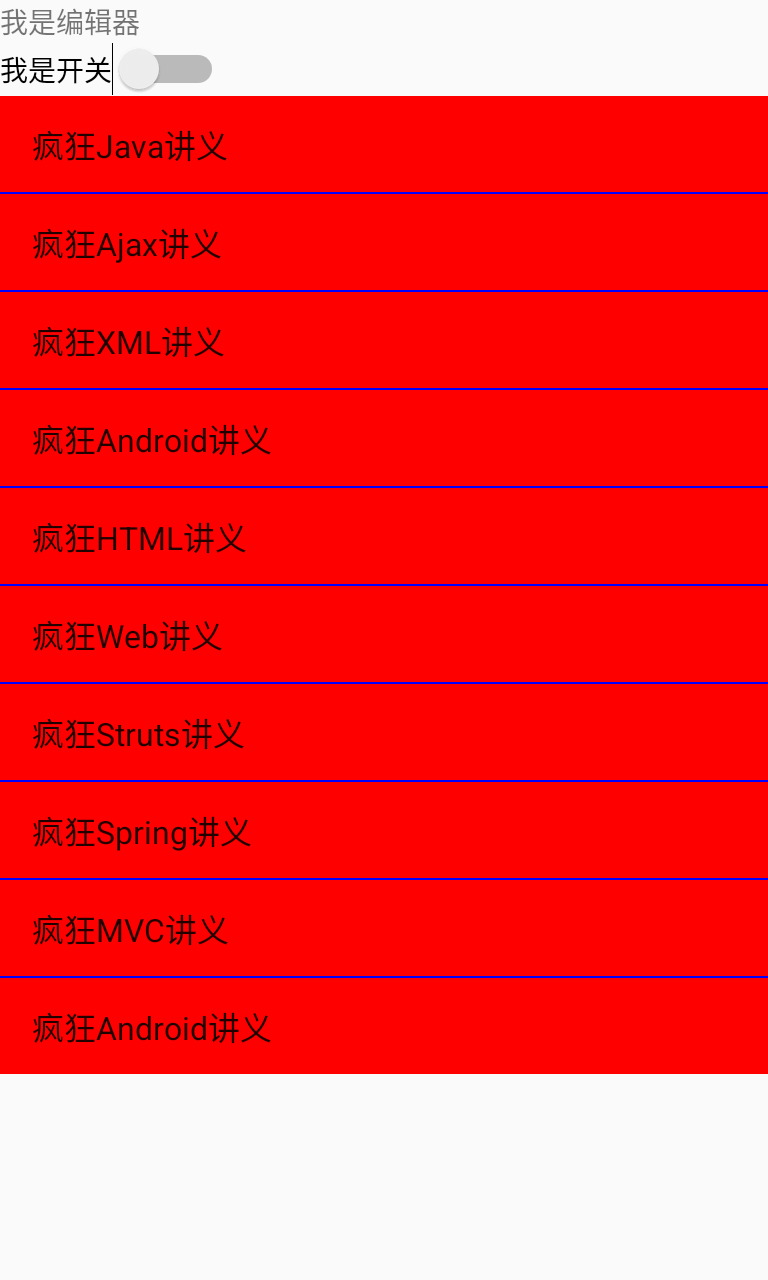
Repository: BingoBinBingo/androidWorkPlace
Layout: firstAndroid/res/layout/activity_main.xml
These files come from the project's save history. The layout is drawn as it stood at one moment and after a run of saves; the edit follows.
It is drawn on a 768 x 1280 px phone screen (xhdpi) without system bars, with theme AppTheme; the app's code is not run. Lists and similar views that code fills are empty.

Above is the layout before, as saved 2015-08-26 10:56:24.

After the next 2 saves:
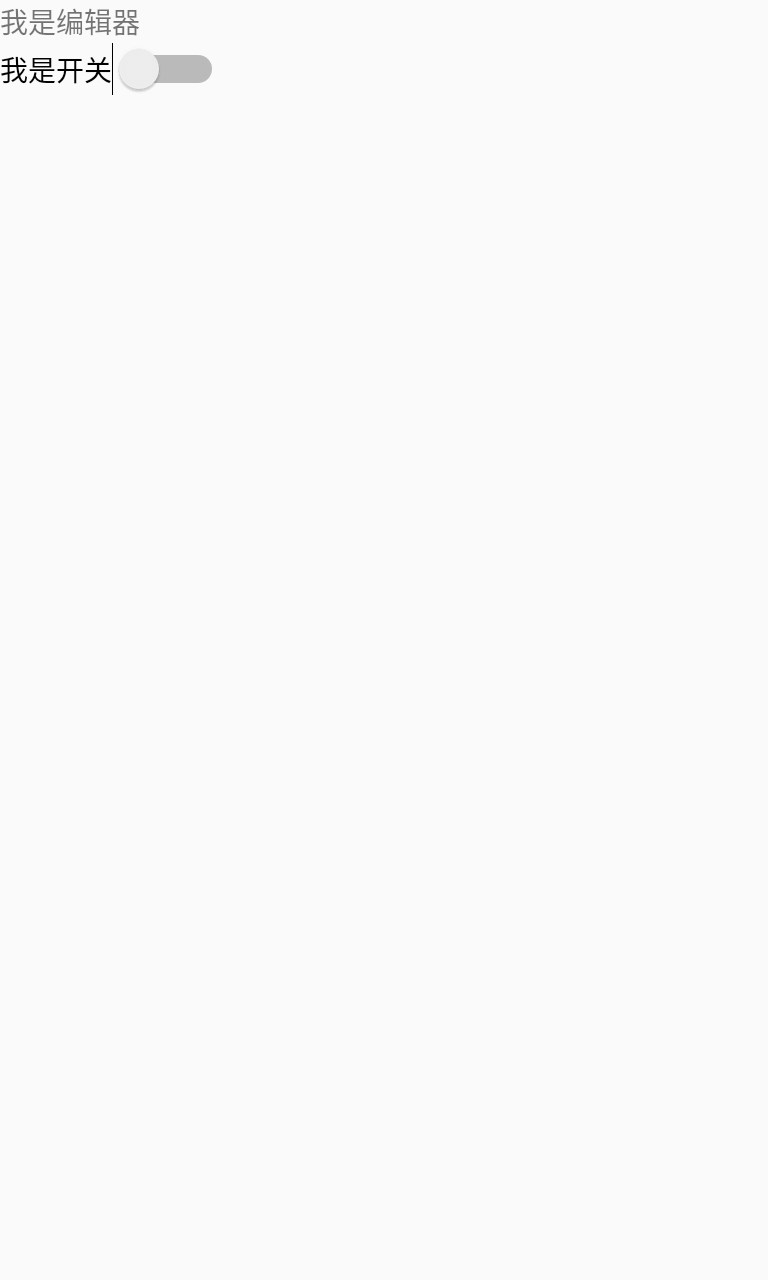
The 2 saves are shown as one change because 1 did not build or start.
The last was saved 67 s later.
--- a/firstAndroid/res/layout/activity_main.xml
+++ b/firstAndroid/res/layout/activity_main.xml
@@ -21,7 +21,6 @@
 	    android:id="@+id/myList"
 	    android:layout_width="match_parent"
 	    android:layout_height="wrap_content"
-	    android:entries="@array/books"
 	    android:divider="#0000FF"
 	    android:dividerHeight="2px"
 	    android:background="#FF0000"
